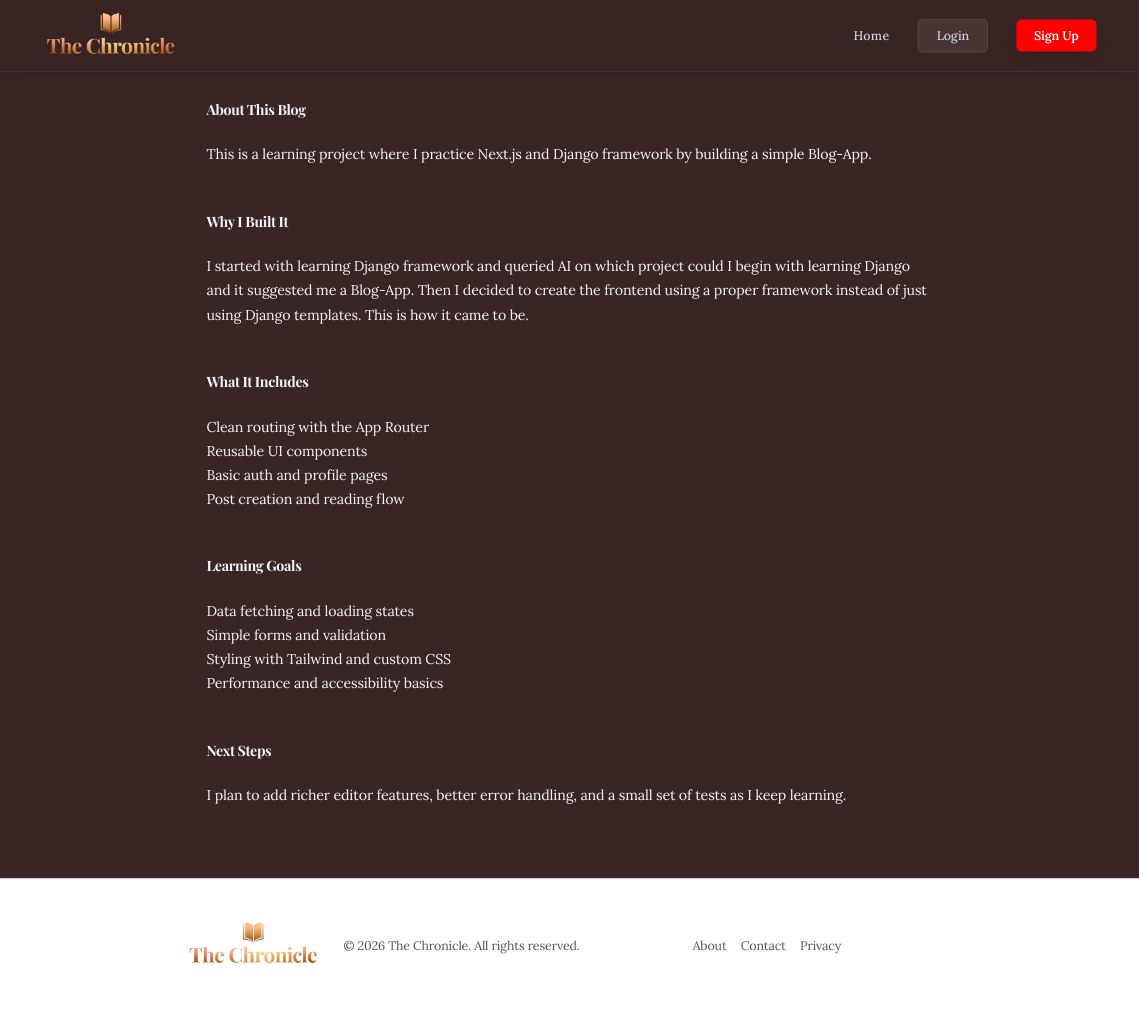
Repository: swaruplamsal/BasicBlogApp
Page: /about (app in blog-frontend/)
The author's editor kept a copy of each file at every save. The page is drawn from the files as they stood at one save, then again after a run of saves.
The browser window is 1280 px wide. The pictures show the whole page, at 89% of full size.
The page's requests for data from a server got no answer. The project was rebuilt for these pictures with package versions that can differ from the ones it lists, and the page was loaded fresh each time. The framework's server and built-in components were replaced by stand-ins that run in the browser. No one was signed in, and anything a server would have sent is missing. Also part of the build but not shown: blog-frontend/next.config.mjs, blog-frontend/app/components/Avatar.js.

Above is the page before, as saved 2026-02-07 20:55:11.

### blog-frontend/app/layout.js
// app/layout.js
import { Lora, Playfair_Display } from "next/font/google";
import { AuthProvider } from "./context/AuthContext";
import { generateSiteMetadata } from "../lib/metadata";
import "./globals.css";

export const metadata = generateSiteMetadata();

const lora = Lora({
  subsets: ["latin"],
  weight: ["400", "500", "600", "700"],
  variable: "--font-lora",
});

const playfair = Playfair_Display({
  subsets: ["latin"],
  weight: ["400", "500", "600", "700", "900"],
  variable: "--font-playfair",
});

export default function RootLayout({ children }) {
  return (
    <html lang="en">
      <body className={`${lora.variable} ${playfair.variable}`}>
        <AuthProvider>{children}</AuthProvider>
      </body>
    </html>
  );
}

### blog-frontend/app/about/page.js
import Navbar from "../components/Navbar";
import Footer from "../components/Footer";

const sectionStyle = {
  marginTop: "1.5rem",
};

export default function About() {
  return (
    <div className="dark:bg-sky-950">
      <Navbar />
      <main style={{ padding: "2rem", maxWidth: "880px", margin: "0 auto" }}>
        <h1>About This Blog</h1>
        <br />

        <p>
          This is a learning project where I practice Next.js and Django
          framework by building a simple Blog-App.
        </p>
        <br />
        <section style={sectionStyle}>
          <h2>Why I Built It</h2>
          <br />
          <p>
            I started with learning Django framework and queried AI on which
            project could I begin with learning Django and it suggested me a
            Blog-App. Then I decided to create the frontend using a proper
            framework instead of just using Django templates. This is how it
            came to be.
          </p>
        </section>
        <br />

        <section style={sectionStyle}>
          <h2>What It Includes</h2>
          <br />
          <ul>
            <li>Clean routing with the App Router</li>
            <li>Reusable UI components</li>
            <li>Basic auth and profile pages</li>
            <li>Post creation and reading flow</li>
          </ul>
        </section>
        <br />

        <section style={sectionStyle}>
          <h2>Learning Goals</h2>
          <br />
          <ul>
            <li>Data fetching and loading states</li>
            <li>Simple forms and validation</li>
            <li>Styling with Tailwind and custom CSS</li>
            <li>Performance and accessibility basics</li>
          </ul>
        </section>
        <br />

        <section style={sectionStyle}>
          <h2>Next Steps</h2>
          <br />
          <p>
            I plan to add richer editor features, better error handling, and a
            small set of tests as I keep learning.
          </p>
        </section>
      </main>
      <Footer />
    </div>
  );
}

### blog-frontend/app/context/AuthContext.js
"use client";

import { createContext, useContext, useState, useEffect } from "react";
import { authApi } from "../../lib/api";

const AuthContext = createContext();

// Helper function to get initial state from localStorage
function getInitialAuth() {
  if (typeof window === "undefined") {
    return { token: null, user: null };
  }

  const savedToken = localStorage.getItem("token");
  const savedUser = localStorage.getItem("user");

  return {
    token: savedToken || null,
    user: savedUser ? JSON.parse(savedUser) : null,
  };
}

export function AuthProvider({ children }) {
  const [user, setUser] = useState(() => getInitialAuth().user);
  const [token, setToken] = useState(() => getInitialAuth().token);

  // Sync user data with backend on mount if token exists
  useEffect(() => {
    if (typeof window === "undefined" || !token) return;

    const syncUserData = async () => {
      try {
        const completeUser = await authApi.getCurrentUser();
        setUser(completeUser);
        localStorage.setItem("user", JSON.stringify(completeUser));
      } catch (error) {
        // If sync fails, user might be logged out - clear auth state
        setToken(null);
        setUser(null);
        localStorage.removeItem("token");
        localStorage.removeItem("user");
      }
    };

    syncUserData();
  }, [token]);

  const login = async (username, password) => {
    try {
      const data = await authApi.login(username, password);

      setToken(data.token);
      localStorage.setItem("token", data.token);

      // Fetch complete user data including profile
      try {
        const completeUser = await authApi.getCurrentUser();
        setUser(completeUser);
        localStorage.setItem("user", JSON.stringify(completeUser));
      } catch (profileError) {
        // Fallback to basic user data if profile fetch fails
        setUser(data.user);
        localStorage.setItem("user", JSON.stringify(data.user));
      }

      return { success: true };
    } catch (error) {
      return { success: false, error: error.message };
    }
  };

  const signup = async (username, email, password) => {
    try {
      const data = await authApi.signup(username, email, password);

      setToken(data.token);
      setUser(data.user);
      localStorage.setItem("token", data.token);
      localStorage.setItem("user", JSON.stringify(data.user));
      return { success: true };
    } catch (error) {
      return { success: false, error: error.message };
    }
  };

  const logout = () => {
    setToken(null);
    setUser(null);
    localStorage.removeItem("token");
    localStorage.removeItem("user");
  };

  const refreshUser = async () => {
    if (!token) return;

    try {
      const completeUser = await authApi.getCurrentUser();
      setUser(completeUser);
      localStorage.setItem("user", JSON.stringify(completeUser));
    } catch (error) {
      console.log("Failed to refresh user data:", error.message);
    }
  };

  return (
    <AuthContext.Provider
      value={{ user, token, login, signup, logout, refreshUser }}
    >
      {children}
    </AuthContext.Provider>
  );
}

export function useAuth() {
  return useContext(AuthContext);
}

### blog-frontend/lib/metadata.js
// Helper functions for generating metadata

export const generateSiteMetadata = () => ({
  title: {
    template: "%s | The Chronicle",
    default: "The Chronicle - Where Stories Matter",
  },
  description:
    "Discover thoughtful perspectives, compelling narratives, and insights that challenge the ordinary.",
  keywords: ["blog", "stories", "articles", "writing", "chronicle"],
  authors: [{ name: "The Chronicle Team" }],
  openGraph: {
    type: "website",
    locale: "en_US",
    siteName: "The Chronicle",
  },
  twitter: {
    card: "summary_large_image",
  },
  // Fallback favicon / site icon. Place a file at public/favicon.png (or /favicon.ico)
  icons: {
    icon: "/favicon.png",
    apple: "/favicon.png",
  },
});

export const generatePostMetadata = (post) => {
  if (!post) return {};

  return {
    title: post.title,
    description: post.content.substring(0, 160) + "...",
    keywords: post.tags?.map((tag) => tag.name) || [],
    authors: [{ name: post.author?.username || "Anonymous" }],
    openGraph: {
      title: post.title,
      description: post.content.substring(0, 160) + "...",
      type: "article",
      publishedTime: post.created_at,
      modifiedTime: post.updated_at,
      authors: [post.author?.username || "Anonymous"],
      tags: post.tags?.map((tag) => tag.name) || [],
    },
    twitter: {
      card: "summary_large_image",
      title: post.title,
      description: post.content.substring(0, 160) + "...",
    },
  };
};

### blog-frontend/app/globals.css
@import "tailwindcss";

@layer base {
  :root {
    /* Bold Editorial Theme - Color Hunt Palette */
    --background: #3a2525;
    --background-elevated: #4a3535;
    --background-hover: #5a4545;
    --foreground: #f1f5f9;
    --foreground-muted: #cbd5e1;
    --foreground-subtle: #94a3b8;

    /* Accent Colors */
    --accent: #ff0000;
    --accent-hover: #cc0000;
    --accent-light: #ff3333;
    --accent-secondary: #9e2a2a;
    --navy: #000080;
    --navy-hover: #0000a0;

    /* Borders & Dividers */
    --border: #5a4545;
    --border-light: #6a5555;

    /* Semantic Colors */
    --success: #10b981;
    --error: #ff0000;
    --warning: #ff0000;
  }

  body {
    background: var(--background);
    color: var(--foreground);
    font-family:
      var(--font-lora),
      -apple-system,
      BlinkMacSystemFont,
      "Segoe UI",
      Roboto,
      sans-serif;
    line-height: 1.7;
    -webkit-font-smoothing: antialiased;
    -moz-osx-font-smoothing: grayscale;
    letter-spacing: -0.011em;
  }

  h1,
  h2,
  h3,
  h4,
  h5,
  h6 {
    font-family: var(--font-playfair), Georgia, serif;
    font-weight: 700;
    line-height: 1.25;
    color: var(--foreground);
    letter-spacing: -0.025em;
  }
}

@layer components {
  /* Custom Scrollbar */
  ::-webkit-scrollbar {
    width: 8px;
  }

  ::-webkit-scrollbar-track {
    background: var(--background);
  }

  ::-webkit-scrollbar-thumb {
    background: var(--accent);
    border-radius: 4px;
  }

  ::-webkit-scrollbar-thumb:hover {
    background: var(--accent-hover);
  }

  /* Smooth transitions */
  * {
    transition-property:
      background-color, border-color, color, fill, stroke, transform, opacity;
    transition-timing-function: cubic-bezier(0.4, 0, 0.2, 1);
    transition-duration: 200ms;
  }

  /* Editorial Utilities */
  .editorial-gradient {
    background: linear-gradient(
      135deg,
      var(--background) 0%,
      var(--background-elevated) 100%
    );
  }

  .text-gradient {
    background: linear-gradient(135deg, #ff0000, #9e2a2a);
    -webkit-background-clip: text;
    -webkit-text-fill-color: transparent;
    background-clip: text;
  }

  .reading-progress {
    position: fixed;
    top: 0;
    left: 0;
    height: 3px;
    background: linear-gradient(90deg, #ff0000, #9e2a2a);
    z-index: 9999;
    transition: width 0.1s ease-out;
  }

  .card-hover {
    transition: all 0.3s cubic-bezier(0.4, 0, 0.2, 1);
  }

  .card-hover:hover {
    transform: translateY(-2px);
    box-shadow: 0 20px 40px -12px rgba(255, 0, 0, 0.2);
    border-color: #6a5555 !important;
  }

  /* Button Styles */
  .btn-primary {
    background-color: #ff0000;
    box-shadow: 0 10px 25px -5px rgba(255, 0, 0, 0.3);
    transition: all 0.3s ease;
  }

  .btn-primary:hover {
    background-color: #cc0000;
    box-shadow: 0 15px 30px -5px rgba(255, 0, 0, 0.4);
  }

  /* Link Styles */
  .link-red {
    color: #ff0000;
    transition: color 0.2s ease;
  }

  .link-red:hover {
    color: #ff3333;
  }

  .link-nav {
    color: #cbd5e1;
    transition: color 0.2s ease;
  }

  .link-nav:hover {
    color: #ff0000;
  }

  /* Article Title */
  .article-title {
    color: #f1f5f9;
    transition: color 0.3s ease;
  }

  .article-title:hover {
    color: #ff0000;
  }

  /* Tag Styles */
  .tag {
    color: #94a3b8;
    background-color: rgba(90, 69, 69, 0.5);
    border: 1px solid rgba(106, 85, 85, 0.5);
    transition: all 0.2s ease;
  }

  .tag:hover {
    border-color: #9e2a2a;
    color: #cbd5e1;
  }
  /* Form Styles */
  .form-input {
    background-color: rgba(90, 69, 69, 0.5);
    border: 1px solid #6a5555;
    color: #f1f5f9;
    transition: all 0.2s ease;
  }

  .form-input:focus {
    outline: none;
    border-color: #ff0000;
    background-color: rgba(90, 69, 69, 0.7);
  }

  .form-label {
    color: #cbd5e1;
  }

  .form-container {
    background-color: rgba(74, 53, 53, 0.5);
    border: 1px solid #5a4545;
  }

  .btn-secondary {
    background-color: rgba(90, 69, 69, 0.8);
    color: #cbd5e1;
    border: 1px solid #6a5555;
    transition: all 0.2s ease;
  }

  .btn-secondary:hover {
    background-color: rgba(90, 69, 69, 1);
    border-color: #7a6565;
  }

  .btn-danger {
    background-color: rgba(158, 42, 42, 0.8);
    color: #fff;
    border: 1px solid #9e2a2a;
    transition: all 0.2s ease;
  }

  .btn-danger:hover {
    background-color: #9e2a2a;
  }

  .btn-success {
    background-color: rgba(16, 185, 129, 0.8);
    color: #fff;
    transition: all 0.2s ease;
  }

  .btn-success:hover {
    background-color: rgb(16, 185, 129);
  }

  /* ========================================
   LOADING & ANIMATION STYLES
   ======================================== */

  /* Shimmer effect for skeleton loaders */
  @keyframes shimmer {
    0% {
      transform: translateX(-100%);
    }
    100% {
      transform: translateX(100%);
    }
  }

  .animate-shimmer {
    animation: shimmer 2s infinite;
  }

  /* Fade in animation */
  @keyframes fade-in {
    from {
      opacity: 0;
    }
    to {
      opacity: 1;
    }
  }

  .animate-fade-in {
    animation: fade-in 0.5s ease-out;
  }

  /* Fade in and slide up animation */
  @keyframes fade-in-up {
    from {
      opacity: 0;
      transform: translateY(20px);
    }
    to {
      opacity: 1;
      transform: translateY(0);
    }
  }

  .animate-fade-in-up {
    animation: fade-in-up 0.6s ease-out;
  }

  /* Scale in animation */
  @keyframes scale-in {
    from {
      opacity: 0;
      transform: scale(0.95);
    }
    to {
      opacity: 1;
      transform: scale(1);
    }
  }

  .animate-scale-in {
    animation: scale-in 0.4s ease-out;
  }

  /* Smooth transitions for all interactive elements */
  .transition-smooth {
    transition: all 0.3s cubic-bezier(0.4, 0, 0.2, 1);
  }
}

### blog-frontend/app/components/Navbar.js
// app/components/Navbar.js
"use client";

import dynamic from "next/dynamic";
import Link from "next/link";
import Image from "next/image";

const NavbarAuth = dynamic(() => import("./NavbarAuth"), { ssr: false });

export default function Navbar() {
  return (
    <nav
      className="sticky top-0 z-50 backdrop-blur-xl border-b shadow-lg"
      style={{
        backgroundColor: "rgba(58, 37, 37, 0.8)",
        borderColor: "rgba(90, 69, 69, 0.5)",
      }}
    >
      <div className="max-w-7xl mx-auto px-6 sm:px-8 lg:px-12">
        <div className="flex justify-between items-center h-20">
          {/* Logo */}
          <Link
            href="/"
            className="group flex items-center gap-3 hover:opacity-80 transition-opacity"
          >
            {/* Replace the inline svg with a logo image from public/images/logo.png */}
            <div>
              <Image
                src="/images/logo.png"
                alt="Editorial logo"
                width={150}
                height={150}
                className="object-cover"
                priority
              />
            </div>
          </Link>

          {/* Nav Links */}
          <div className="flex items-center gap-8">
            <Link
              href="/"
              className="link-nav font-medium text-sm tracking-wide"
            >
              Home
            </Link>
            <NavbarAuth />
          </div>
        </div>
      </div>
    </nav>
  );
}

### blog-frontend/app/components/Footer.js
import Image from "next/image";
import Link from "next/link";
import SocialLinks from "./SocialLinks";

export default function Footer() {
  return (
    <footer className="border-t mt-12 py-8 bg-white dark:bg-gray-900">
      <div className="max-w-4xl mx-auto px-4 flex flex-col md:flex-row items-center justify-between gap-4">
        <div className="flex items-center space-x-3">
          <Link href="/" className="flex items-center">
            <Image
              src="/images/logo.png"
              alt="Logo"
              width={150}
              height={150}
              className="rounded-sm"
            />
          </Link>
          <p className="text-sm text-gray-600 dark:text-gray-300 ml-4">
            © {new Date().getFullYear()} The Chronicle. All rights reserved.
          </p>
        </div>

        <nav className="flex items-center space-x-4">
          <Link
            href="/about"
            className="text-sm text-gray-600 hover:text-red-600 transition-colors duration-200 dark:text-gray-300 dark:hover:text-red-400 active:text-red-900 focus:outline-none focus-visible:ring-2 focus-visible:ring-red-300 rounded"
          >
            About
          </Link>
          <Link
            href="/contact"
            className="text-sm text-gray-600 hover:text-red-600 transition-colors duration-200 dark:text-gray-300 dark:hover:text-red-400 active:text-red-900 focus:outline-none focus-visible:ring-2 focus-visible:ring-red-300 rounded"
          >
            Contact
          </Link>
          <Link
            href="/privacy"
            className="text-sm text-gray-600 hover:text-red-600 transition-colors duration-200 dark:text-gray-300 dark:hover:text-red-400 active:text-red-900 focus:outline-none focus-visible:ring-2 focus-visible:ring-red-300 rounded"
          >
            Privacy
          </Link>
        </nav>

        <div>
          <SocialLinks />
        </div>
      </div>
    </footer>
  );
}

Loaded but not shown: blog-frontend/lib/api.js (library); blog-frontend/app/components/NavbarAuth.js (180 lines, source omitted); blog-frontend/app/components/SocialLinks.js (86 lines, source omitted)

After the next 2 saves:
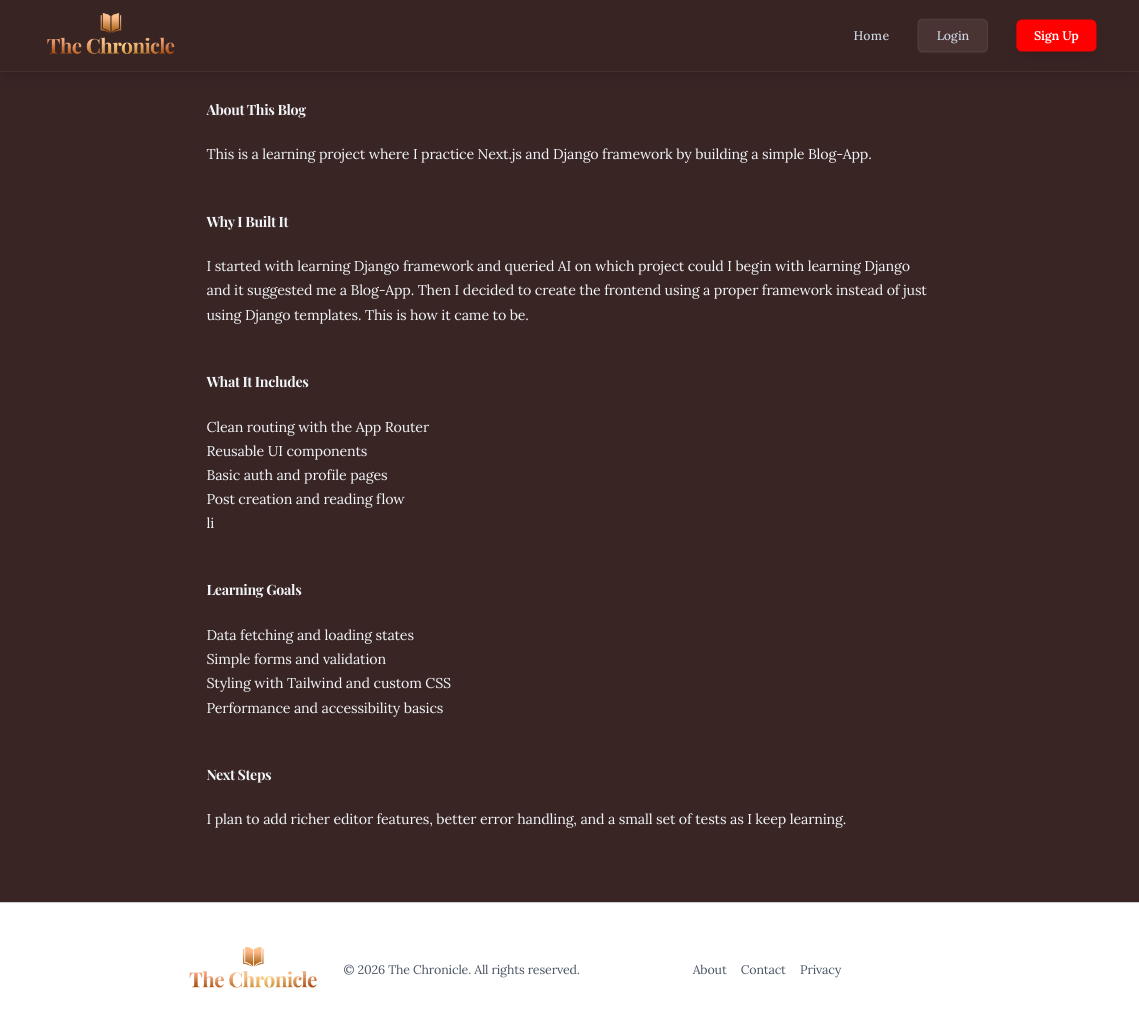
The 2 saves are shown as one change because they came seconds apart.
The last was saved 20 s later.
--- a/blog-frontend/app/about/page.js
+++ b/blog-frontend/app/about/page.js
@@ -39,6 +39,7 @@
             <li>Reusable UI components</li>
             <li>Basic auth and profile pages</li>
             <li>Post creation and reading flow</li>
+            li
           </ul>
         </section>
         <br />

After the save that followed:
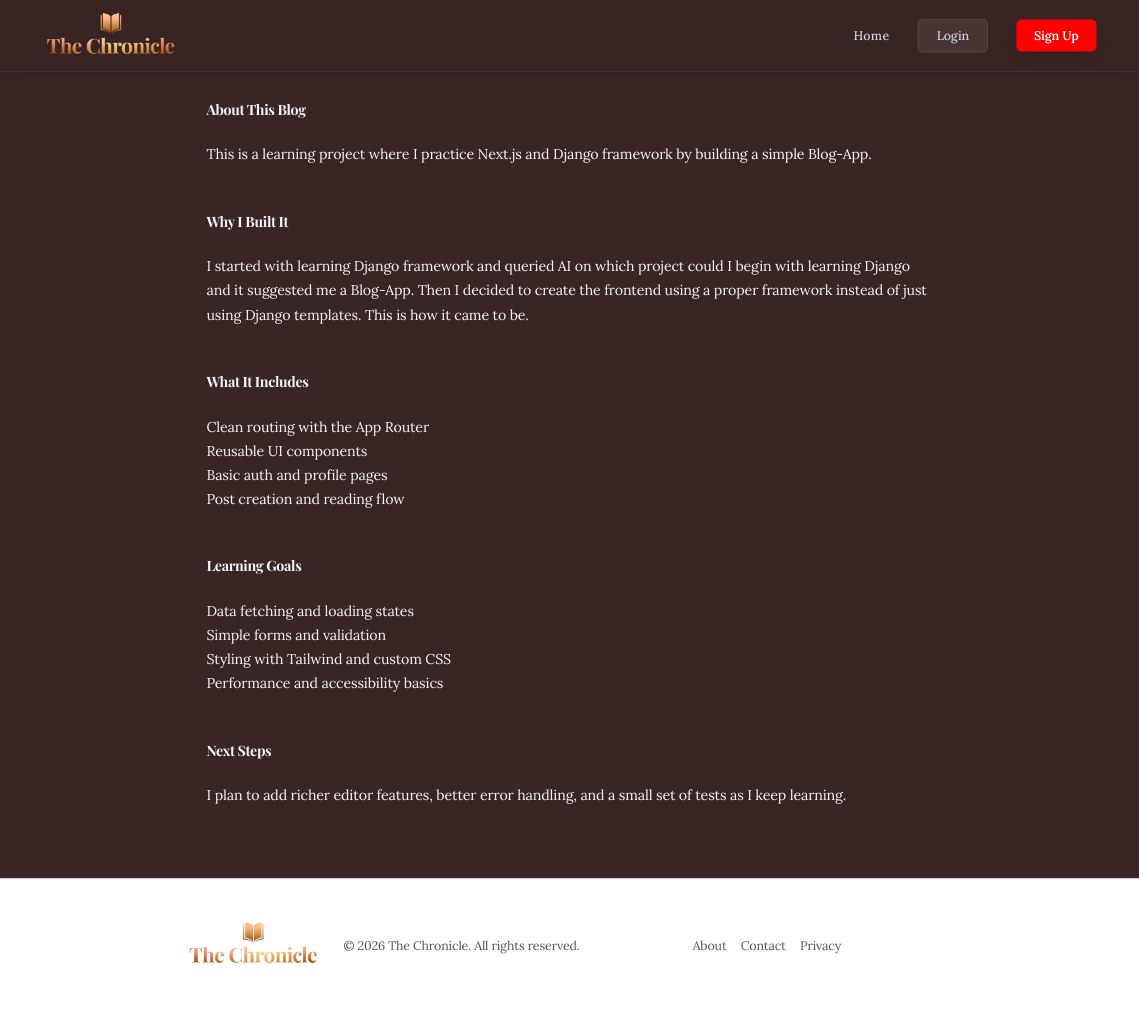
Saved 7 s later.
--- a/blog-frontend/app/about/page.js
+++ b/blog-frontend/app/about/page.js
@@ -39,7 +39,7 @@
             <li>Reusable UI components</li>
             <li>Basic auth and profile pages</li>
             <li>Post creation and reading flow</li>
-            li
+            <li></li>
           </ul>
         </section>
         <br />
